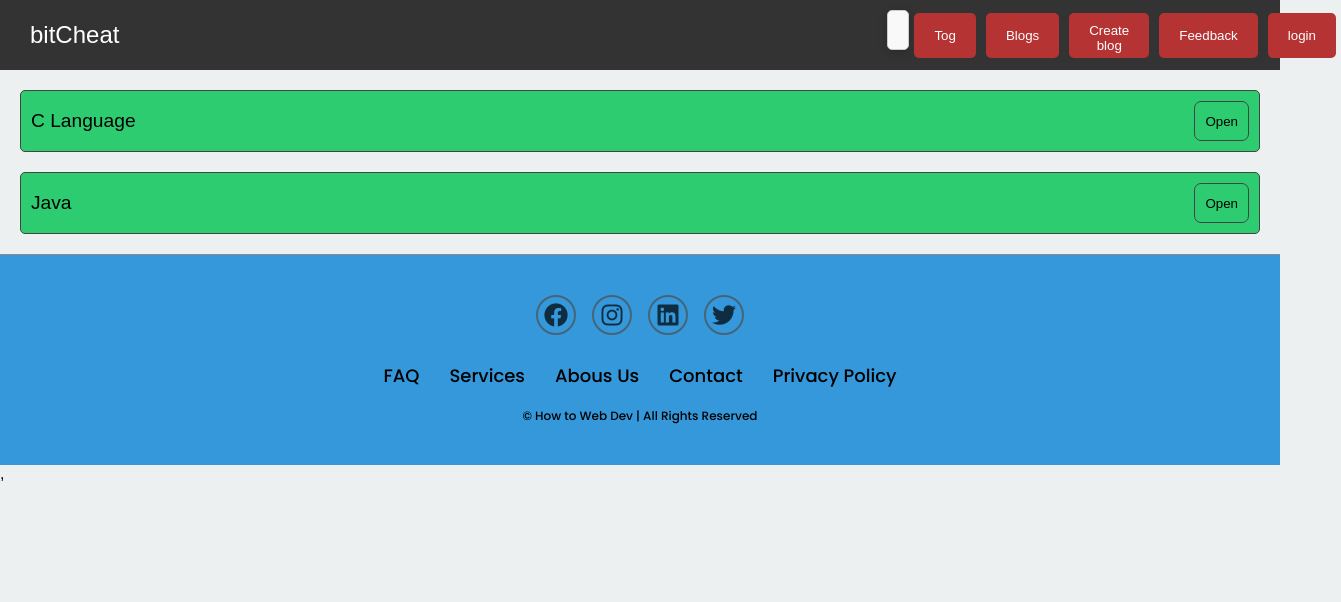
Repository: hitoutvrma/college-notes-website
Page: /IT (app in frontend/app/)
An editor plug-in stored every save of this project. The page is shown before and after the next save, followed by the edit.
The browser window is 1280 px wide. The page is 1341 px wide, so the pictures cover 1341 px, including what lies to the right of the window. The pictures show the whole page.
Some web fonts or font styles are not loaded; a fallback is used. The project was rebuilt for these pictures with package versions that can differ from the ones it lists, and the page was loaded fresh each time. Also part of the build but not shown: frontend/app/src/components/UserStatistics.js, frontend/app/src/components/Header.js, frontend/app/src/components/Home.js, frontend/app/src/components/BlogList.js, frontend/app/src/components/CreateBlog.jsx, frontend/app/src/components/Notfoundpage.js.

Above is the page before, as saved 2024-08-17 00:05:07.

### frontend/app/public/index.html
<!DOCTYPE html>
<html lang="en">
  <head>
    <meta charset="utf-8" />
    <link rel="icon" href="%PUBLIC_URL%/favicon.ico" />
    <link rel="preconnect" href="https://fonts.googleapis.com">
<link rel="preconnect" href="https://fonts.gstatic.com" crossorigin>
<link href="https://fonts.googleapis.com/css2?family=Zain:wght@200;300;400;700;800;900&display=swap" rel="stylesheet">
    <meta name="viewport" content="width=device-width, initial-scale=1" />
    <meta name="theme-color" content="#000000" />
    <meta
      name="description"
      content="Web site created using create-react-app"
    />
    <link rel="apple-touch-icon" href="%PUBLIC_URL%/logo192.png" />
    <!--
      manifest.json provides metadata used when your web app is installed on a
      user's mobile device or desktop. See https://developers.google.com/web/fundamentals/web-app-manifest/
    -->
    <link rel="manifest" href="%PUBLIC_URL%/manifest.json" />
    <!--
      Notice the use of %PUBLIC_URL% in the tags above.
      It will be replaced with the URL of the `public` folder during the build.
      Only files inside the `public` folder can be referenced from the HTML.

      Unlike "/favicon.ico" or "favicon.ico", "%PUBLIC_URL%/favicon.ico" will
      work correctly both with client-side routing and a non-root public URL.
      Learn how to configure a non-root public URL by running `npm run build`.
    -->
    <title>React App</title>
  </head>
  <body>
    <noscript>You need to enable JavaScript to run this app.</noscript>
    <div id="root"></div>
    <!--
      This HTML file is a template.
      If you open it directly in the browser, you will see an empty page.

      You can add webfonts, meta tags, or analytics to this file.
      The build step will place the bundled scripts into the <body> tag.

      To begin the development, run `npm start` or `yarn start`.
      To create a production bundle, use `npm run build` or `yarn build`.
    -->
  </body>
</html>

### frontend/app/src/index.css
/* @tailwind base;
@tailwind components;
@tailwind utilities; */
body {
  margin: 0;
  background-color: #191919;
  /* font-family: -apple-system, BlinkMacSystemFont, 'Segoe UI', 'Roboto', 'Oxygen',
    'Ubuntu', 'Cantarell', 'Fira Sans', 'Droid Sans', 'Helvetica Neue',
    sans-serif; */
  /* -webkit-font-smoothing: antialiased;
  -moz-osx-font-smoothing: grayscale; */
}
/* src/App.css */
body {
  font-family: 'Playwrite AR', cursive;;
  /* font-size: 400px; */
}

.custom-font {
  font-family:  sans-serif;
}

/* code {
  font-family: source-code-pro, Menlo, Monaco, Consolas, 'Courier New',
    monospace;
} */

### frontend/app/src/App.css
/* global.css */
:root {
  --primary-color: #cdd7fb;
  --secondary-color: #2ecc71;
  --accent-color: #e74c3c;
  --background-color: #ecf0f1;
  --text-color: #2c3e50;
}
body{
  background-color: var(--background-color);
  font-family: 'Poppins', sans-serif;
}

### frontend/app/src/components/NotesPage.js
import React, { useState } from 'react';
import { useLocation } from 'react-router-dom';
import './css/NotesPage.css';
import './css/home.css';

const NotesPage = () => {
  const [keyy, setKeyy] = useState(true);
  const toggleKey = () => {
    setKeyy(prevKeyy => !prevKeyy);
  };

  const location = useLocation();
  const [searchTerm] = useState('');
  const [chapters, setChapters] = useState([
    {
      title: 'C Language',
      subChapters: [
<div className='subjects'><p>C Language</p><svg
  xmlns="http://www.w3.org/2000/svg"
  width="30"
  height="30"
  viewBox="0 0 50 50"
>
  <rect x="5" y="5" width="40" height="40" fill="#f4f4f4" stroke="#ccc" stroke-width="1" />
  <line x1="10" y1="12" x2="40" y2="12" stroke="#bbb" stroke-width="1" />
  <line x1="10" y1="18" x2="40" y2="18" stroke="#bbb" stroke-width="1" />
  <line x1="10" y1="24" x2="40" y2="24" stroke="#bbb" stroke-width="1" />
  <line x1="10" y1="30" x2="40" y2="30" stroke="#bbb" stroke-width="1" />
  <line x1="10" y1="36" x2="40" y2="36" stroke="#bbb" stroke-width="1" />
  <path d="M5 5 L10 0 L40 0 L45 5 Z" fill="#ffd700" />
</svg>



<svg
  className="youtube"
  version="1.1"
  id="Layer_1"
  width="612"
  height="612"
  viewBox="0 0 461.001 461.001"
>
  <g>
    <path
      style={{ fill: '#F61C0D' }}
      d="M442.891,110.621c-7.732-28.953-30.437-51.658-59.39-59.39C347.176,41.001,230.5,41.001,230.5,41.001
      s-116.676,0-153.001,10.231c-28.953,7.732-51.658,30.437-59.39,59.39C8.879,146.946,8.879,230.501,8.879,230.501
      s0,83.555,10.231,119.88c7.732,28.953,30.437,51.658,59.39,59.39C113.824,419.001,230.5,419.001,230.5,419.001
      s116.676,0,153.001-10.231c28.953-7.732,51.658-30.437,59.39-59.39c10.231-36.325,10.231-119.88,10.231-119.88
      S453.122,146.946,442.891,110.621z"
    />
    <polygon
      style={{ fill: '#FFFFFF' }}
      points="182.5,322.001 312.5,230.501 182.5,139.001 "
    />
  </g>
</svg>
</div>,
]
    },
    {
      title: 'Java',
      subChapters: [
<div className='subjects'><p>Java</p><svg
  xmlns="http://www.w3.org/2000/svg"
  width="30"
  height="30"
  viewBox="0 0 50 50"
>
  <rect x="5" y="5" width="40" height="40" fill="#f4f4f4" stroke="#ccc" stroke-width="1" />
  <line x1="10" y1="12" x2="40" y2="12" stroke="#bbb" stroke-width="1" />
  <line x1="10" y1="18" x2="40" y2="18" stroke="#bbb" stroke-width="1" />
  <line x1="10" y1="24" x2="40" y2="24" stroke="#bbb" stroke-width="1" />
  <line x1="10" y1="30" x2="40" y2="30" stroke="#bbb" stroke-width="1" />
  <line x1="10" y1="36" x2="40" y2="36" stroke="#bbb" stroke-width="1" />
  <path d="M5 5 L10 0 L40 0 L45 5 Z" fill="#ffd700" />
</svg>



<svg
  className="youtube"
  version="1.1"
  id="Layer_1"
  width="612"
  height="612"
  viewBox="0 0 461.001 461.001"
>
  <g>
    <path
      style={{ fill: '#F61C0D' }}
      d="M442.891,110.621c-7.732-28.953-30.437-51.658-59.39-59.39C347.176,41.001,230.5,41.001,230.5,41.001
      s-116.676,0-153.001,10.231c-28.953,7.732-51.658,30.437-59.39,59.39C8.879,146.946,8.879,230.501,8.879,230.501
      s0,83.555,10.231,119.88c7.732,28.953,30.437,51.658,59.39,59.39C113.824,419.001,230.5,419.001,230.5,419.001
      s116.676,0,153.001-10.231c28.953-7.732,51.658-30.437,59.39-59.39c10.231-36.325,10.231-119.88,10.231-119.88
      S453.122,146.946,442.891,110.621z"
    />
    <polygon
      style={{ fill: '#FFFFFF' }}
      points="182.5,322.001 312.5,230.501 182.5,139.001 "
    />
  </g>
</svg>
</div>,
]
    },
  ]);

  const toggleChapter = (index) => {
    setChapters(prevChapters =>
      prevChapters.map((chapter, i) =>
        i === index ? { ...chapter, isOpen: !chapter.isOpen } : chapter
      )
    );
  };

  return (
    <>
      {location.pathname === '/IT' && (
        <div className="itmain">
          {/* <div className='headings'>
            Strivers A2Z DSA Sheet<br/>
          </div>
          This course is made for people who want to learn DSA from A to Z for free in a well-organized and structured manner. The lecture quality is better than what you get in paid courses, the only thing we don’t provide is doubt support, but trust me our YouTube video comments resolve that as well, we have a wonderful community of 250K+ people who engage in all of the videos. */}
          <div className="content" id="content">
            <div className="container">
              {chapters
                .filter((chapter) =>
                  chapter.title.toLowerCase().includes(searchTerm)
                )
                .map((chapter, index) => (
                  <div className="block" key={index}>
                    <div onClick={() => toggleChapter(index)} className="title">
                      {chapter.title}
                      <button  className='semester-buttons'>
                        {chapter.isOpen ? 'Close' : 'Open'}
                      </button>
                    </div>
                    {chapter.isOpen && (
                      <div className="sub_content helo">
                        {chapter.subChapters.map((subChapter, subIndex) => (
                          <h1 key={subIndex}>{subChapter}</h1>
                        ))}
                      </div>
                    )}
                  </div>
                ))}
            </div>
          </div>
        </div>
      )}
    </>
  );
};

export default NotesPage;

### frontend/app/src/components/SearchContext.js
// SearchContext.js
import React, { createContext, useState } from 'react';

export const SearchContext = createContext();

export const SearchProvider = ({ children }) => {
  const [searchText, setSearchText] = useState('');

  return (
    <SearchContext.Provider value={{ searchText, setSearchText }}>
      {children}
    </SearchContext.Provider>
  );
};

### frontend/app/src/components/UserStatistics.css


.statistics-container {
    display: flex;
    justify-content: space-around;
    align-items: center;
    background-color: #fff;
    border-radius: 12px;
    box-shadow: 0 4px 20px rgba(0, 0, 0, 0.1);
    padding: 30px;
    margin: 20px 0;
    flex-wrap: wrap;
    transition: transform 0.3s;
}

.statistics-container:hover {
    transform: scale(1.02);
}

.statistic {
    text-align: center;
    flex: 1;
    margin: 10px;
    padding: 20px;
    background: linear-gradient(135deg, #f5f7fa, #c3cfe2);
    border-radius: 10px;
    box-shadow: 0 2px 10px rgba(0, 0, 0, 0.15);
    transition: transform 0.3s, box-shadow 0.3s;
}

.statistic:hover {
    transform: translateY(-5px);
    box-shadow: 0 4px 20px rgba(0, 0, 0, 0.2);
}

.statistic h2 {
    font-size: 3rem;
    color: #333;
    margin: 0;
}

.statistic p {
    font-size: 1.25rem;
    color: #666;
}

/* button {
    padding: 12px 20px;
    font-size: 1.2rem;
    background-color: #007BFF;
    color: white;
    border: none;
    border-radius: 5px;
    cursor: pointer;
    transition: background-color 0.3s, transform 0.3s;
} */

button:hover {
    background-color: #0056b3;
    transform: translateY(-2px);
}

### frontend/app/src/components/css/header.css
/* Base Styles */
body {
    font-family: Arial, sans-serif;
    margin: 0;
    padding: 0;
}

/* Header Styles */
.header {
    background-color: var(--primary-color);
    opacity: 100%;
    display: flex;
    border-style: solid;
    border-width: 1px;
    border-color: #444444;
    justify-content: space-between;
    align-items: center;
    height: 9.5vh;
    padding: 0 20px;

    color: white;
    position: fixed;
    top: 0;
    width: 100%;
    z-index: 1000;
}

/* Search Container Styles */
.search-container {
    margin-right: 10px;
    width: 100%;
    max-width: 600px;
    display: flex;
    align-items: center;
    background-color: white;
    border-style: solid;
    border-width: 1px;
    border-color: #444444;
    padding: 5px 10px;
    border-radius: 25px;
    box-shadow: 0 4px 8px rgba(0, 0, 0, 0.1);
}

.search-container input {
    padding: 10px 15px;
    width: 100%;
    font-size: 16px;
    border: none;
    outline: none;
    border-radius: 25px;
}

.search-container input::placeholder {
    color: #aaa;
}

/* Logos and Button Styles */
.logos {
    color: rgb(135, 35, 35);
    font-size: 2.5rem; /* Responsive font size */
}

.header-buttons {
    display: flex;
    align-items: center;
}

#login {
    background-color: rgb(182, 51, 51);
}

.header-buttons button {
    margin-right: 1vw;
    padding: 15px 25px;
    font-size: 1rem; /* Responsive font size */
    cursor: pointer;
    border: 1px solid rgb(68, 68, 68);
    background-color: #191919;
    color: white;
    border-radius: 15px;
}

/* Responsive Design */
@media (max-width: 768px) {
    .header {
        flex-direction: column;
        height: auto;
        padding: 10px;
    }

    .logos {
        margin-bottom: 10px;
    }

    .header-buttons {
        width: 100%;
        justify-content: space-between;
        margin-top: 10px;
    }

    .header-buttons button {
        flex: 1;
        margin: 5px;
        font-size: 0.9rem;
    }

    .search-container {
        width: 100%;
        margin-top: 10px;
    }
}

@media (max-width: 480px) {
    .logos {
        font-size: 2rem;
    }

    .header-buttons button {
        font-size: 0.8rem;
        padding: 8px 10px;
    }

    .search-container {
        width: 100%;
        margin-top: 10px;
    }
}

.navbar-toggle {
    display: none;
    flex-direction: column;
    cursor: pointer;
}

### frontend/app/src/components/css/feedback.css
/* feedback.css */

body {
  font-family: Arial, sans-serif;
}

.button {
  padding: 10px 20px;
  background-color: rgb(182, 51, 51);;
  color: white;
  border: none;
  border-radius: 5px;
  height: 45px;
  cursor: pointer;
  margin: 5px;
}

.button:hover {
  background-color: #5a1e0e;
}

.popup-overlay {
  position: fixed;
  top: 0;
  left: 0;
  right: 0;
  bottom: 0;
  background-color: rgba(0, 0, 0, 0.5);
  display: flex;
  justify-content: center;
  align-items: center;
}

.popup-content {
  background-color: white;
  padding: 20px;
  border-radius: 10px;
  max-width: 90%;
  width: 400px;
  box-shadow: 0 0 10px rgba(0, 0, 0, 0.3);
  display: flex;
  flex-direction: column; /* Ensure children are stacked vertically */
  align-items: center; /* Center align children */
}

textarea {
  width: 100%; /* Full width */
  height: 100px;
  margin-top: 10px;
  padding: 10px;
  border: 1px solid #ccc;
  border-radius: 5px;
  box-sizing: border-box; /* Include padding and border in element's total width */
}

input[type="text"] {
  width: 100%;
  padding: 10px;
  margin-top: 10px;
  border: 1px solid #ccc;
  border-radius: 5px;
  box-sizing: border-box; /* Include padding and border in element's total width */
}

.success-alert {
  background-color: #dff0d8;
  color: #3c763d;
  padding: 10px;
  margin-top: 10px;
  border: 1px solid #d6e9c6;
  border-radius: 5px;
  display: flex;
  align-items: center;
}

.success-alert .icon {
  margin-right: 5px;
}

/* Responsive styles */
@media (max-width: 600px) {
  .popup-content {
    width: 0%;
    padding: 15px;
  }

  .button {
    width: auto;
    height: 35px;
    /* margin: 5px 0; */
  }
}

### frontend/app/src/components/css/home.css
@import url("https://fonts.googleapis.com/css2?family=Fredoka:wght@400;600&display=swap");
@import url('https://fonts.googleapis.com/css2?family=Zain:wght@200;300;400;700;800;900&display=swap');
* {
  margin: 0;
  padding: 0;
  box-sizing: border-box;
}
.headings{
  /* color:white; */
  color: var(--font-heading-color);
  font-size: 6vh;
  padding-left: 7%;
  padding-right: 7%;
  /* display: flex; */
  margin-bottom: 50px;

  text-align: center;
}

.whole-home{
    padding-top: 20.5vh;
}
#wrapper-body {
  height: 100%;
  /* margin-left: 25px */
  width: 100%;
  flex-wrap: wraps;
  display: flex;
  /* justify-content: center; */
}
.container-body {
  margin:10px;
  width: 90%;
  flex-wrap: wrap;
  display: flex;
  row-gap: 20px;
  column-gap: 90px;
  justify-content:center;  /* change here if you wants to change the space between the cards */
}
/* Global styles */
.div-body {
  margin: 0px;
  padding: 0;
  width: 300px;
  border-radius: 0%;
}

/* Card styles */
.card-body {
  background-color: var(--secondary-color);
  /* opacity: 70%; */
  border-radius: var(--border-radius);
  border-style: solid;
  border-width: 1px;
  height: 44vh;
  border-color: rgb(68, 68, 68);
  /* border-color: white; */
  text-align: center;
  padding: 15px;
  width: 360px;
  cursor: pointer;
}
.card-body:hover  {
  border-color: red; /* Change border color to white on hover */
}
/* Illustration styles */
.ilustration-body {
  margin: 30px;
}

.ilustration-body lottie-player {
  width: 200px;
  height: 200px;
  border-radius: 100%;
  overflow: hidden;
  margin: 0 auto;
  /* box-shadow: 20px 20px 20px rgba(0, 0, 0, 0.1),
    -20px -20px 20px rgba(255, 255, 255, 0.1); */
}

/* Heading styles */
.h3-body {
  font-family: var(--primary-font);
  font-size: 2rem;
  line-height: 2.2rem;
  color: var(--text-color);
  font-weight: bold;
  margin: 30px 0;
}

/* Paragraph styles */
.p-body {
  font-family: var(--primary-font);
  /* margin: 5000px; */
  font-size: 1.1rem;
  line-height: 1.5rem;
  color: var(--text-color);
  margin:60px auto 10px auto;
  /* margin-bottom: 10px; */
  max-width: 80%;
}

/* Button styles */
.button-body {
  font-family: var(--primary-font);
  font-size: 1.1rem;
  font-weight: bold;
  padding: 15px 80px;
  position:static;
  border-radius: 25px;
  color: var(--text-color);
  border: 1px;
  border-style: solid;
  border-color: rgb(68, 68, 68);
  margin: 30px 0;
  outline: none;
  cursor: pointer;
  background-color:var(--semester-button);
}

/* button:active {
  transform: scale(0.9);
  box-shadow: inset -1px -1px 3px rgba(129, 199, 132, 1),
    -20px -20px 20px rgba(255, 255, 255, 0);
} */
a{
  text-decoration: none;
}
@media (max-width: 768px) {
  .container-body {
    grid-template-columns: repeat(auto-fill, minmax(250px, 1fr));
    gap: 15px;
  }}
  @media (max-width: 480px) {
    .container-body {
      grid-template-columns: 1fr 1fr;
      gap: 10px;
    }

    .headings {
      font-size: 5vh;
      padding-left: 5%;
      padding-right: 5%;
    }

    .card-body {
      width: 100%;
      height: auto;
    }

    .h3-body {
      font-size: 1.5rem;
      line-height: 1.7rem;
    }

    .p-body {
      font-size: 1rem;
      line-height: 1.2rem;
      margin: 30px auto 10px auto;
    }

    .button-body {
      font-size: 1rem;
      padding: 10px 60px;
    }
  }

### frontend/app/src/components/css/NotesPage.css
.itmain {
  color: white;
  /* margin-top: 10.5vh; */
}
.hidden {
  display: none;
}

.open {
  display: block;
}

.sub-block {
  display: none;
}

.block {
  background-color: var(--secondary-color);
  margin: 20px;
  /* margin-right: 30px; */
  width: auto;
  /* background-color: rgb(40, 39, 39); */
  border: solid 1px rgb(68, 68, 68);
  padding: 10px;
  border-radius: 5px;
}

.title {
  font-size: 1.2em;
  align-items: center;
  color: var(--text-color);
  cursor: pointer;
  display: flex;
  justify-content: space-between;
}

.sub_content {
  background-color: var(--background-color);
  margin-top: 10px;
  /* padding: 10px; */
  text-align: left;
  border: solid 1px rgb(68, 68, 68);
  border-radius: 10px;
}

.semester-buttons {
  color: var(--text-color);
  height: 40px;
  cursor: pointer;
  padding: 10px;
  border-radius: 7px;
  border: solid 1px rgb(68, 68, 68);
  background-color: var(--semester-button);
}
.youtube{
  width: 30px;
  height: 30px;
}
.subjects{
  color:white;
  padding: 10px;
  font-size: 20px;
  font-weight: lighter;
  display: flex;
  justify-content: space-between;
}
.search-bar {
  width: 100%;
  padding: 10px;
  margin-bottom: 20px;
  font-size: 1em;
}

### frontend/app/src/components/css/footer.css
@import url('https://fonts.googleapis.com/css2?family=Poppins:wght@300;400;500;600;700;800&display=swap');
@import url('https://cdnjs.cloudflare.com/ajax/libs/font-awesome/6.4.2/css/all.min.css');

*{
  color: black;
}
.footer{
  margin: 0;
  padding: 0;
  box-sizing: border-box;
  /* background-color: red; */
  font-family: 'Poppins', sans-serif;
  text-decoration: none;
  list-style: none;
}
.footer{
  font-weight: 500;
  background-color: rgba(204, 18, 18, 0.42);
}
.footer {
  /* position: fixed; */
  bottom: 0;
  width: 100%;
  padding: 40px 0;
  background-color: var(--primary-color);
  border-top: 1px solid rgb(139, 139, 139);
}
.footer .social {
  text-align: center;
  padding-bottom: 25px;
}
.footer .social a {
  font-size: 24px;
  color: var(--font-heading-color);
  border: 2px solid rgb(79, 79, 79);
  width: 40px;
  height: 40px;
  line-height: 38px;
  display: inline-block;
  text-align: center;
  border-radius: 50%;
  margin: 0 8px;
  opacity: 0.7;
  transition: 0.3s ease;
}
.footer .social a:hover {
  transform: scale(1.2) translateY(-10px);
  opacity: 1;
  color: rgb(255, 78, 78);
  border: 2px solid rgb(255, 78, 78);
}
.footer ul {
  margin-top: 0;
  padding: 0;
  font-size: 18px;
  line-height: 1.8;
  margin-bottom: 0;
  text-align: center;
}
.footer ul li a {
  color: var(--font-heading-color);
  border-bottom: 3px solid transparent;
  transition: 0.3s ease;
}

.footer ul li a:hover {
  border-bottom: 3px solid rgb(255, 78, 78);
}
.footer ul li {
  display: inline-block;
  padding: 0 15px;
}
.footer .copyright {
  margin-top: 15px;
  text-align: center;
  font-size: 12px;
  color: var(--font-heading-color);
}

### frontend/app/src/components/Navbar.css
/* Navbar.css */
.navbar {
    background-color: #333;
    width: 100%;
    z-index: 2;
    color: #fff;
    display: flex;
    justify-content: space-between;
    align-items: center;
    height: 70px;
    position:relative;
  }

  /* Styles for the search bar */

.search-bar {
  /* width: 50px; */
  max-width: 400px; /* Maximum width */
  /* margin: 100px; */
  padding: 12px; /* Increased padding for better spacing */
  border: 1px solid #ccc; /* Light border */
  border-radius: 25px; /* More rounded corners */
  box-shadow: 0 2px 10px rgba(0, 0, 0, 0.2); /* Slightly stronger shadow */
  font-size: 16px; /* Font size */
  transition: border 0.3s ease, box-shadow 0.3s ease; /* Smooth transition for border and shadow */
  background-color: #f9f9f9; /* Light background color */
}

.search-bar:focus {
  border: 1px solid #4CAF50; /* Change border color on focus */
  box-shadow: 0 0 5px rgba(76, 175, 80, 0.5); /* Shadow effect on focus */
  outline: none; /* Remove outline */
}

@media (max-width: 600px) {
  .search-bar {
    max-width: 50%; /* Responsive maximum width */
    font-size: 14px; /* Smaller font size on smaller screens */
    padding: 10px; /* Adjust padding for smaller screens */
  }
}


  .navbar-container {
    display: flex;
    /* justify-content: space-between; */
    align-items: center;
    padding: 10px;
    width: 100%;
    max-width: 1200px;
    /* padding: 0 10px; */
  }

  .navbar-logo {
    font-size: 1.5rem;
    margin-right: 60vw;
    margin-left: 20px;
    text-decoration: none;
    color: #fff;
  }

  .navbar-toggle {
    display: none;
    font-size: 1.8rem;
    cursor: pointer;
  }

  .navbar-menu {
    display: flex;
    list-style: none;
  }

  .navbar-item {
    padding: 0 5px;
    text-decoration: none;
    color: #fff;
    font-size: 1rem;
  }

  .navbar-item:hover {
    color: #ddd;
  }

  @media (max-width: 808px) {
    .navbar-toggle {
      display: flex;
    }
    .navbar-logo{
      margin-right: auto;
    }

    .navbar-menu {
      position: absolute;

      top: 30px;
      right:0;
      width: 40%;
      height: calc(40vh);
      background-color: #333;
      z-index: -2000;
      flex-direction: column;
      align-items: center;
      justify-content: center;
      transition: transform 0.3s ;
      transform: translateY(-100%);
    }

    .navbar-menu.active {
      transform: translateY(0);
    }

    .navbar-item {
      padding: 10px 0;
      width: 100%;
      text-align: right;
    }
    button{
      background-color: red;
    }
  }

### frontend/app/src/components/css/global.css
/* global.css */
@import url('https://fonts.googleapis.com/css2?family=Zain:wght@200;300;400;700;800;900&display=swap');
:root {
    --primary-color: #3498db;
    --secondary-color: #2ecc71;
    --accent-color: #e74c3c;
    --background-color: #ecf0f1;
    --text-color: #black;
    --border-radius:20px;
    --font-heading-color: '#003300';
    --lighter-color:'#e0e6fd';
    --semester-button:'sfdsdf';
  }

Loaded but not shown: frontend/app/src/reportWebVitals.js (common file); frontend/app/tailwind.config.js (common file); frontend/app/src/components/Navbar.js (84 lines, source omitted); frontend/app/src/components/Colorbutton.js (73 lines, source omitted); frontend/app/src/components/Feedback.js (68 lines, source omitted); frontend/app/src/App.js (39 lines, source omitted); frontend/app/src/index.js (25 lines, source omitted); frontend/app/src/components/Footer.js (24 lines, source omitted); frontend/app/src/components/login.js (15 lines, source omitted)

After the next save:
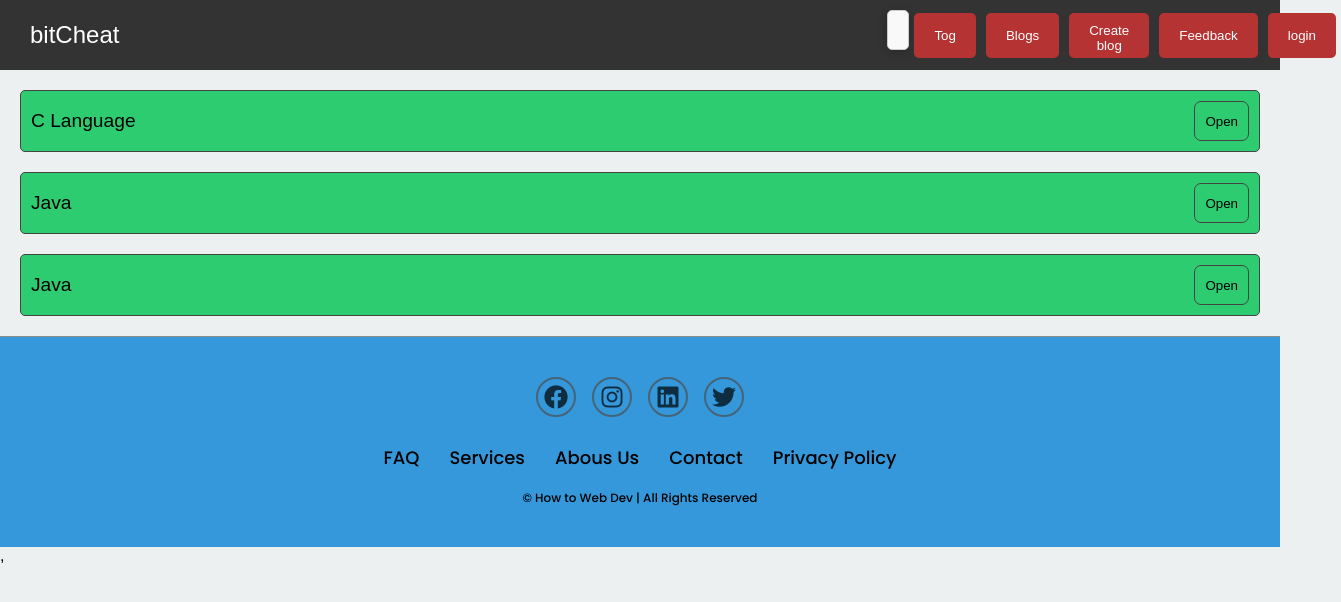
Saved 32 s later.
--- a/frontend/app/src/components/NotesPage.js
+++ b/frontend/app/src/components/NotesPage.js
@@ -16,6 +16,52 @@ const NotesPage = () => {
       title: 'C Language',
       subChapters: [
 <div className='subjects'><p>C Language</p><svg
+  xmlns="http://www.w3.org/2000/svg"
+  width="30"
+  height="30"
+  viewBox="0 0 50 50"
+>
+  <rect x="5" y="5" width="40" height="40" fill="#f4f4f4" stroke="#ccc" stroke-width="1" />
+  <line x1="10" y1="12" x2="40" y2="12" stroke="#bbb" stroke-width="1" />
+  <line x1="10" y1="18" x2="40" y2="18" stroke="#bbb" stroke-width="1" />
+  <line x1="10" y1="24" x2="40" y2="24" stroke="#bbb" stroke-width="1" />
+  <line x1="10" y1="30" x2="40" y2="30" stroke="#bbb" stroke-width="1" />
+  <line x1="10" y1="36" x2="40" y2="36" stroke="#bbb" stroke-width="1" />
+  <path d="M5 5 L10 0 L40 0 L45 5 Z" fill="#ffd700" />
+</svg>
+
+
+
+<svg
+  className="youtube"
+  version="1.1"
+  id="Layer_1"
+  width="612"
+  height="612"
+  viewBox="0 0 461.001 461.001"
+>
+  <g>
+    <path
+      style={{ fill: '#F61C0D' }}
+      d="M442.891,110.621c-7.732-28.953-30.437-51.658-59.39-59.39C347.176,41.001,230.5,41.001,230.5,41.001
+      s-116.676,0-153.001,10.231c-28.953,7.732-51.658,30.437-59.39,59.39C8.879,146.946,8.879,230.501,8.879,230.501
+      s0,83.555,10.231,119.88c7.732,28.953,30.437,51.658,59.39,59.39C113.824,419.001,230.5,419.001,230.5,419.001
+      s116.676,0,153.001-10.231c28.953-7.732,51.658-30.437,59.39-59.39c10.231-36.325,10.231-119.88,10.231-119.88
+      S453.122,146.946,442.891,110.621z"
+    />
+    <polygon
+      style={{ fill: '#FFFFFF' }}
+      points="182.5,322.001 312.5,230.501 182.5,139.001 "
+    />
+  </g>
+</svg>
+</div>,
+]
+    },
+    {
+      title: 'Java',
+      subChapters: [
+<div className='subjects'><p>Java</p><svg
   xmlns="http://www.w3.org/2000/svg"
   width="30"
   height="30"
